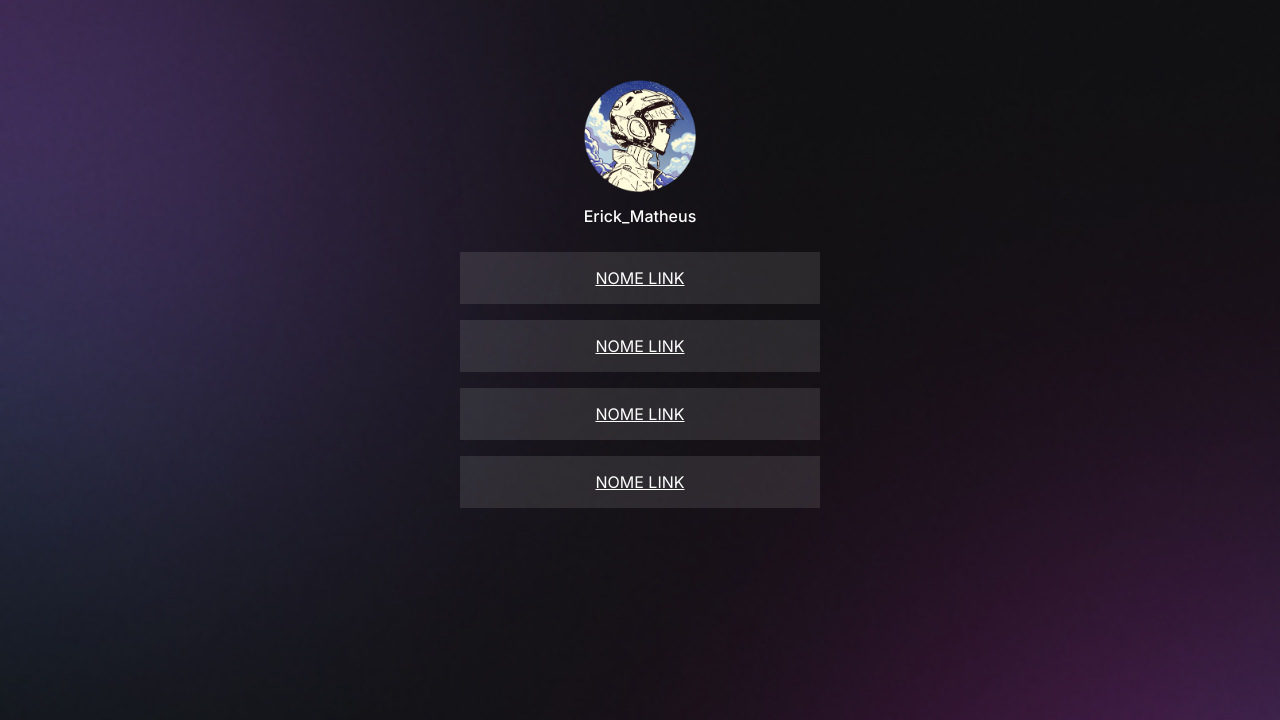
Repository: e-rickmatheus/project_dev_links
Page: index.html
An editor plug-in stored every save of this project. The page is shown before and after a run of saves, followed by the edit.
The browser window is 1280 px wide. The pictures show the whole page.

Above is the page before, as saved 2025-04-02 21:11:02.

### index.html
<!DOCTYPE html>
<html lang="pt-BR">
<head>

<link rel="preconnect" href="https://fonts.googleapis.com">
<link rel="preconnect" href="https://fonts.gstatic.com" crossorigin>
<link href="https://fonts.googleapis.com/css2?family=Inter:wght@400;500&display=swap" rel="stylesheet">
  <meta charset="UTF-8">
  <meta name="viewport" content="width=device-width, initial-scale=1.0">
  <title>DEV.Links</title>
  <link rel="stylesheet" href="./style.css">
  <a></a>
</head>
<body>

  <div id="container">
    <div id="profile">
      <img id="avatar" src="./assets/avatar-pilot-day.png" alt="avatar-light">
      <p>Erick_Matheus</p>
    </div>
  <ul>
    <li>
      <a href="#" target="_blank">NOME LINK</a>
    </li>
    <li>
        <a href="#" target="_blank">NOME LINK</a>
    </li>
    <li>
        <a href="#" target="_blank">NOME LINK</a>
    </li>
    <li>
        <a href="#" target="_blank">NOME LINK</a>
    </li>
  </ul>
  </div>


</body>
</html>

### style.css
* {  /* *: todos os elementos */
  margin: 0;
  padding: 0;
  box-sizing: border-box; /* border-box: altura e largura do elemento é o mesmo que o tamanho definido */
}

body { /* body: corpo do documento */
  /*
  background-image: url(./assets/bg-mobile.jpg);
  background-repeat: no-repeat;
  background-position: top center;
  background-size: cover;
  */


  background: url(./assets/bg-mobile.jpg) no-repeat top center/cover;
  /* background: cor imagem repetição posição/tamanho */
}

body * { /* todos os elementos dentro do body */
  font-family: 'Inter', sans-serif;
  color: #ffffff

}

#container {
  width:  360px;
  margin: 56px auto 0px;
  display: block;
}

#profile {
  text-align: center;
  padding: 24px;
}

#profile img {
  width: 112px;
}

#profile p {
  font-weight: 500;
  line-height: 24px;
  margin-top: 8px;
}





/*links*/
ul {
  list-style: none;
  display: flex;
  flex-direction: column;
  gap: 16px
}

ul li a {
  display: flex;
  justify-content: center;
  align-items: center;
  padding: 16px 24px;

  background: rgba(255, 255, 255, 0.1);
}

After the next 8 saves:
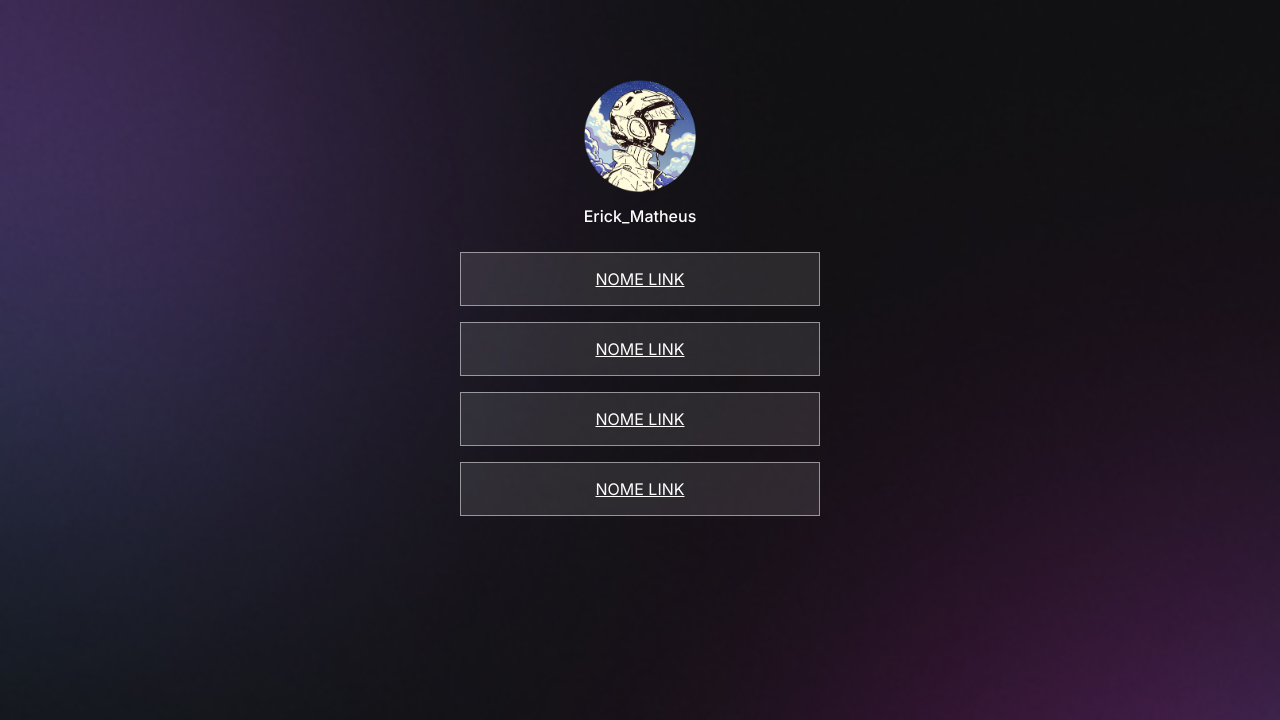
The 8 saves are shown as one change because they came seconds apart.
The last was saved 61 s later.
--- a/style.css
+++ b/style.css
@@ -63,4 +63,5 @@ ul li a {
   padding: 16px 24px;
 
   background: rgba(255, 255, 255, 0.1);
+  border: 1px solid rgba(255, 255, 255, 0.5);
 }
